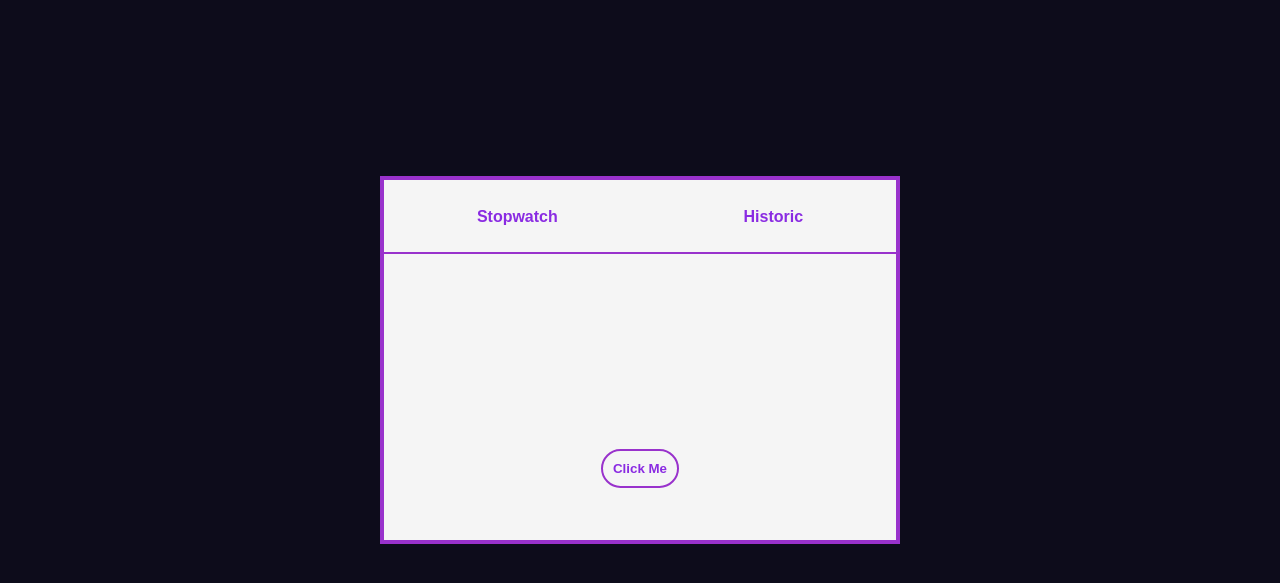
Repository: NicolasRSJ/fastdoubleclick
Page: /
An editor plug-in stored every save of this project. The page is shown before and after the next save, followed by the edit.
The browser window is 1280 px wide. The pictures show the whole page.
The project was rebuilt for these pictures with package versions that can differ from the ones it lists, and the page was loaded fresh each time.

Above is the page before, as saved 2022-10-27 22:03:11.

### src/App.js
import './App.css';
import { Stopwatch } from './Views/Stopwatch/Index';


function App() {
  return (
    <div className="App">
      <Stopwatch/>
    </div>
  );
}

export default App;

### src/App.css
.App {
  background-color: #0d0c1b;
  width: 100vw;
  height: 100vh;
  display: flex;
  flex-direction: column;
  align-items: center;
  justify-content: center;
  text-align: center;
}

### src/Views/Stopwatch/Index.jsx
import React, { useState, useEffect } from 'react'
import "./Index.css"

export const Stopwatch = () => {

    const [ secondsInitial, setSecondsInitial ] = useState(0)
    const [ minuteInitial, setMinuteInitial ] = useState(0)
    const [ secondsEnd, setSecondsEnd ] = useState(0)
    const [ minuteEnd, setMinuteEnd ] = useState(0)
    const [ start, setStart ] = useState(false)

    useEffect(() => {
        const Data = new Date()
        let currentMinute = Data.getMinutes();
        let currentSeconds = Data.getSeconds();
        if(start) {
            setMinuteInitial(() => currentMinute)
            setSecondsInitial(() => currentSeconds)
        } else if (!start) {
            setMinuteEnd(() => currentMinute)
            setSecondsEnd(() => currentSeconds)
        }
        return
    },[])

  return (
    <div className="container">
        <nav className="navigation">
            <p><a href='/'>Stopwatch</a></p>
            <p><a href='/historic'>Historic</a></p>
        </nav>
        <section className="contents">
            <h1>

            </h1>
            <button onClick={() => {setStart(true)}}>Click Me</button>
        </section>
    </div>
  )
}

### src/Views/Stopwatch/Index.css
.container {
    width: 40%;
    height: 50vh;
    display: flex;
    flex-direction: column;
    background-color: whitesmoke;
    border: 4px solid darkorchid;
}

.navigation {
    width: 100%;
    height: 20%;
    display: flex;
    align-items: center;
    justify-content: space-around;
    border-bottom: 2px solid darkorchid;
}

.navigation p a {
    font-size: medium;
    font-weight: 600;
    text-decoration: none;
    font-family: sans-serif;
    color: blueviolet;
}

.contents {
    width: 100%;
    height: 80%;
    display: flex;
    align-items: center;
    justify-content: space-around;
    flex-direction: column;
}

.contents button {
    border: 2px solid darkorchid;
    border-radius: 100px;
    width: auto;
    height: auto;
    padding: 10px;
    background-color: whitesmoke;
    color: blueviolet;
    cursor: pointer;
    font-weight: 700;
}

.contents button:hover {
    border: none;
    background-color: darkorchid;
    color: white;
}

Loaded but not shown: public/index.html (common file); src/index.js (common file); src/index.css (common file); src/reportWebVitals.js (common file)

After the next save:
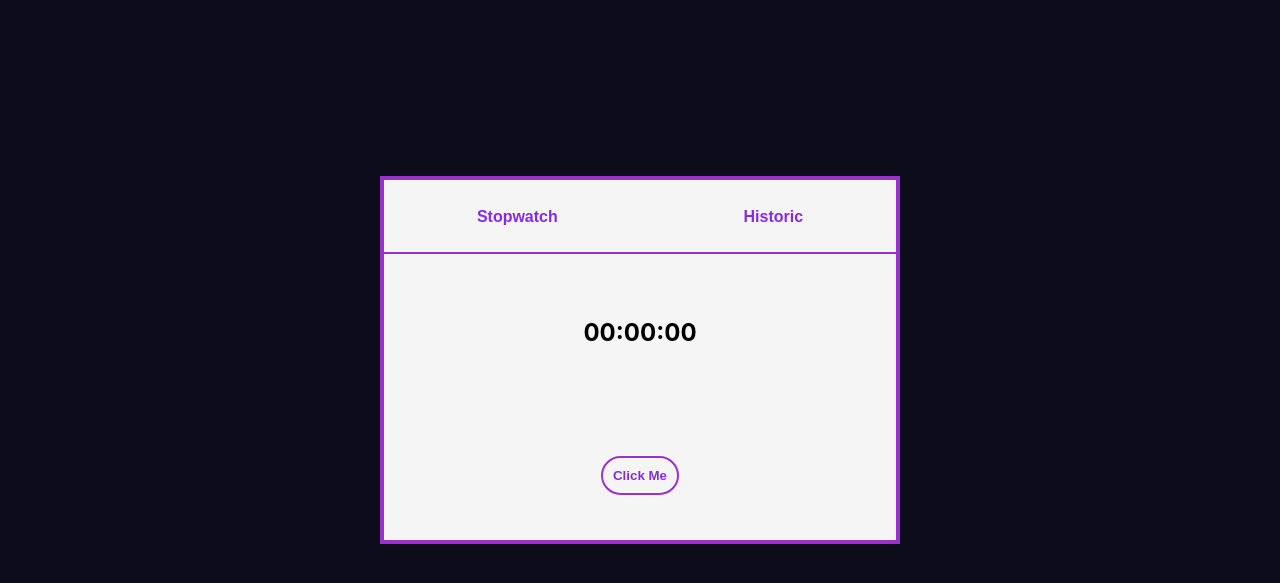
Saved 2 min 40 s later.
--- a/src/Views/Stopwatch/Index.jsx
+++ b/src/Views/Stopwatch/Index.jsx
@@ -3,25 +3,22 @@ import "./Index.css"
 
 export const Stopwatch = () => {
 
-    const [ secondsInitial, setSecondsInitial ] = useState(0)
-    const [ minuteInitial, setMinuteInitial ] = useState(0)
-    const [ secondsEnd, setSecondsEnd ] = useState(0)
-    const [ minuteEnd, setMinuteEnd ] = useState(0)
+    const [ time, setTime ] = useState(0)
     const [ start, setStart ] = useState(false)
 
     useEffect(() => {
-        const Data = new Date()
-        let currentMinute = Data.getMinutes();
-        let currentSeconds = Data.getSeconds();
+        let interval = null;
+
         if(start) {
-            setMinuteInitial(() => currentMinute)
-            setSecondsInitial(() => currentSeconds)
-        } else if (!start) {
-            setMinuteEnd(() => currentMinute)
-            setSecondsEnd(() => currentSeconds)
+            interval = setInterval(() => {
+                setTime((time) => time + 10);
+            }, 10);
+        }else if (!start){
+            clearInterval(interval);
         }
-        return
-    },[])
+
+        return () => clearInterval(interval)
+    }, [start])
 
   return (
     <div className="container">
@@ -31,7 +28,9 @@ export const Stopwatch = () => {
         </nav>
         <section className="contents">
             <h1>
-
+                <span>{("0" + (Math.floor(time / 60000) % 60)).slice(-2)}:</span>
+                <span>{("0" + (Math.floor(time / 1000) % 60)).slice(-2)}:</span>
+                <span>{("0" + (Math.floor(time / 10) % 100)).slice(-2)}</span>
             </h1>
             <button onClick={() => {setStart(true)}}>Click Me</button>
         </section>
